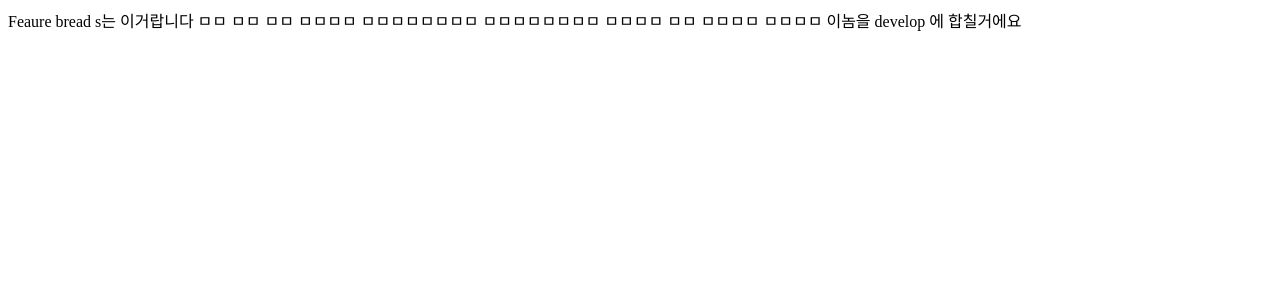
Repository: MaChangH/githubtest
Page: http://localhost/TeamProject/WEB-INF/views/test.jsp
The author's editor kept a copy of each file at every save. The page is drawn from the files as they stood at one save, then again after the next save.
The browser window is 1280 px wide. The pictures show the whole page.
The page is served by Tomcat 9. Nobody is signed in. The template is opened directly, without the code that normally fills it, so the values that code supplies are empty.

Above is the page before, as saved 2023-08-04 01:16:58.

### TeamProject/src/main/webapp/WEB-INF/views/test.jsp
<%@ page language="java" contentType="text/html; charset=UTF-8"
    pageEncoding="UTF-8"%>
<!DOCTYPE html>
<html>
<head>
<meta charset="UTF-8">
<title>Insert title here</title>
</head>
<body>
 	Feaure bread s는 이거랍니다
 	ㅁㅁ
 	ㅁㅁ
 	ㅁㅁ
 	ㅁㅁㅁㅁ
 	ㅁㅁㅁㅁㅁㅁㅁㅁ
 	ㅁㅁㅁㅁㅁㅁㅁㅁ
 	ㅁㅁㅁㅁ
 	ㅁㅁ
 	ㅁㅁㅁㅁ
 	ㅁㅁㅁㅁ
	이놈을 develop 에 합칠거에요
</body>
</html>

After the next save:
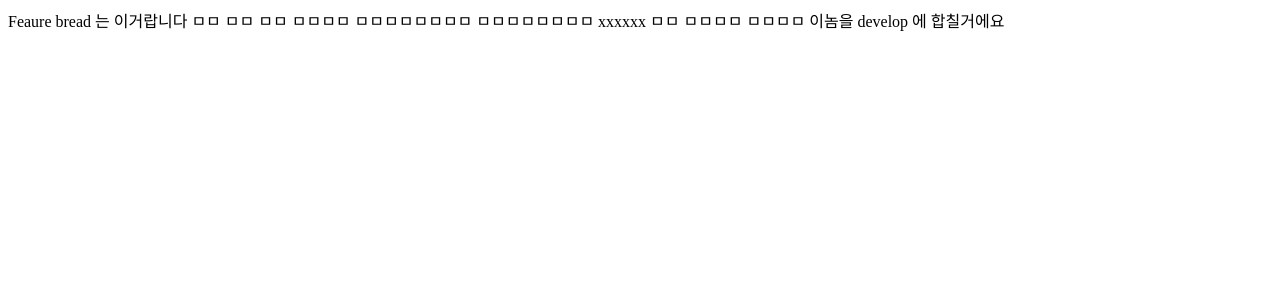
Saved 80 min 12 s later.
--- a/TeamProject/src/main/webapp/WEB-INF/views/test.jsp
+++ b/TeamProject/src/main/webapp/WEB-INF/views/test.jsp
@@ -7,14 +7,14 @@
 <title>Insert title here</title>
 </head>
 <body>
- 	Feaure bread s는 이거랍니다
+ 	Feaure bread 는 이거랍니다
  	ㅁㅁ
  	ㅁㅁ
  	ㅁㅁ
  	ㅁㅁㅁㅁ
  	ㅁㅁㅁㅁㅁㅁㅁㅁ
  	ㅁㅁㅁㅁㅁㅁㅁㅁ
- 	ㅁㅁㅁㅁ
+ 	xxxxxx
  	ㅁㅁ
  	ㅁㅁㅁㅁ
  	ㅁㅁㅁㅁ
